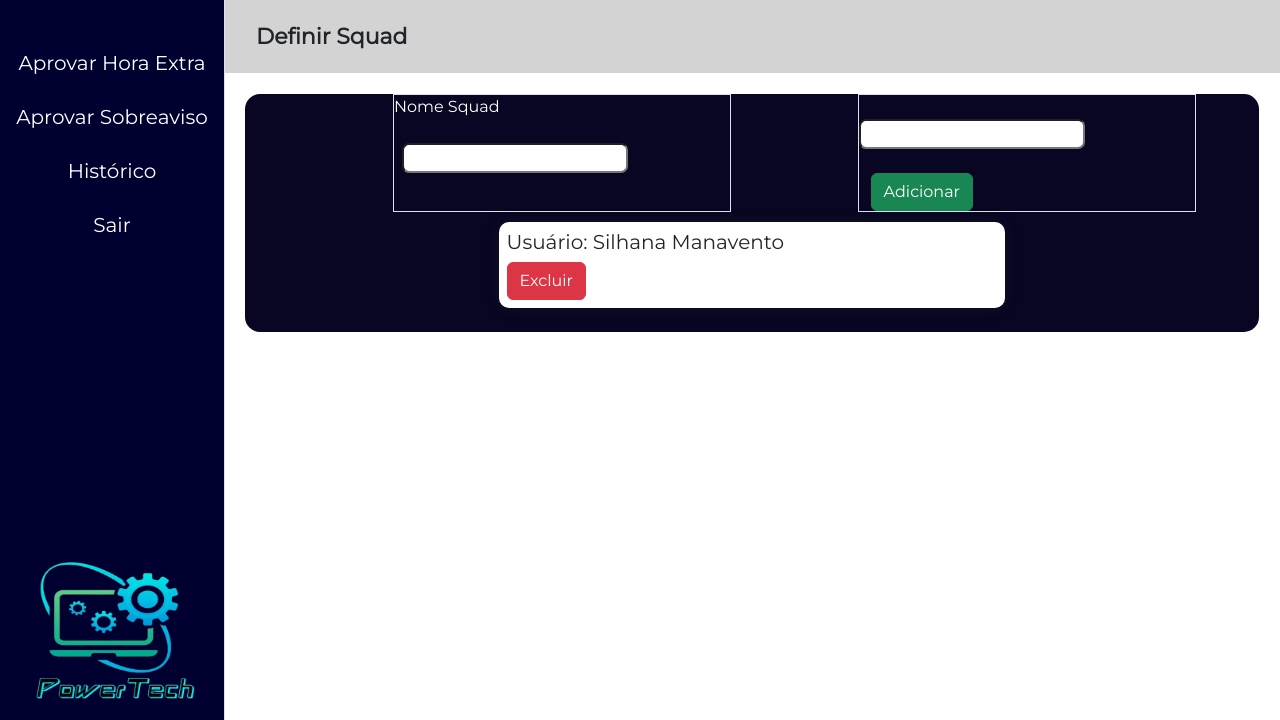
Repository: PowerTech-Fatec/API-2RP-NET
Page: /adm/squad (app in Sprint 3/2rp-web/)
The author's editor kept a copy of each file at every save. The page is drawn from the files as they stood at one save, then again after the next save.
The browser window is 1280 px wide. The pictures show the whole page.
The project was rebuilt for these pictures with package versions that can differ from the ones it lists, and the page was loaded fresh each time. Also part of the build but not shown: Sprint 3/2rp-web/src/pages/login/login.js, Sprint 3/2rp-web/src/pages/home/dashboard.js, Sprint 3/2rp-web/src/pages/home/sobreaviso/sobreaviso.css, Sprint 3/2rp-web/src/pages/home/sobreaviso/sobreaviso.js, Sprint 3/2rp-web/src/pages/home/hora-extra/hora-extra.css, Sprint 3/2rp-web/src/pages/home/hora-extra/hora-extra.js, Sprint 3/2rp-web/src/components/cards/Cards.js, Sprint 3/2rp-web/src/pages/home/gestor/aprovar-hora-extra/gestor.js and 3 more.

Above is the page before, as saved 2022-11-02 16:46:06.

### Sprint 3/2rp-web/src/index.js
import React from 'react';
import ReactDOM from 'react-dom/client';
import './index.css';
import App from './App';
import reportWebVitals from './reportWebVitals';
import { BrowserRouter } from 'react-router-dom';
import 'bootstrap/dist/css/bootstrap.min.css';
import 'bootstrap-icons/font/bootstrap-icons.css';

import Popper from '@popperjs/core';
import 'bootstrap/dist/js/bootstrap.bundle.min';

const root = ReactDOM.createRoot(document.getElementById('root'));
root.render(
  <BrowserRouter>
    <App />
  </BrowserRouter>
);

// If you want to start measuring performance in your app, pass a function
// to log results (for example: reportWebVitals(console.log))
// or send to an analytics endpoint. Learn more: https://bit.ly/CRA-vitals
reportWebVitals();

### Sprint 3/2rp-web/src/App.js
import React from 'react'
import './App.css';
import { Routes, Route } from 'react-router-dom'
import Login from './pages/login/login'
import Dashboard from './pages/home/dashboard'
import Sobreaviso from './pages/home/sobreaviso/sobreaviso'
import HoraExtra from './pages/home/hora-extra/hora-extra'
import Gestor from './pages/home/gestor/aprovar-hora-extra/gestor'
import GestorSobreaviso from './pages/home/gestor/aprovar-sobreaviso/gestor-sobreaviso'
import GestorHistorico from './pages/home/gestor/historico/gestor-historico'
import Squad from './pages/home/adm/squad/def-squad'

function App() {
  return (
    <Routes>
      <Route path='/login' element={<Login />} />
      <Route path='/dashboard' element={<Dashboard />} />
      <Route path='/horaextra' element={<HoraExtra />} />
      <Route path='/sobreaviso' element={<Sobreaviso />} />
      <Route path='/gestor' element={<Gestor />} />
      <Route path='/gestor-sobreaviso' element={<GestorSobreaviso />} />
      <Route path='/gestor-historico' element={<GestorHistorico />} />
      <Route path='/adm/squad' element={<Squad />} />
      <Route path='*' element={<Login />} />
    </Routes>

  );
}

export default App;

### Sprint 3/2rp-web/src/App.css
@font-face {
    font-family: 'Montserrat';
    src: url(./assets/fonts/Montserrat-Regular.ttf);
}

*{
    font-family: 'Montserrat';
}

.ml-1{margin-left: 0.25rem;}
.ml-2{margin-left: 0.5rem;}
.ml-3{margin-left: 0.75rem;}
.ml-4{margin-left: 1rem;}
.ml-5{margin-left: 1.25rem;}

### Sprint 3/2rp-web/src/pages/home/adm/squad/def-squad.js
import Sidebar from "../../../../components/sidebar"
import Header from "../../../../components/header/header";
import Card from "../../../../components/cards/Squad"
import './def-squad.css'

import React, { Component, useEffect, useState } from 'react';


function Squad() {
    return (
        <Sidebar>
          <Header nome="Definir Squad"></Header>

          {/* linha 1: solitações, filtro */}
          <div className="background d-flex flex-column aling-itens-center">

            <div>
            <div className="col-12 d-flex justify-content-around">
            <div className="col-4 offset-1 border">
            <span>
            <label className="font">Nome Squad</label> <input className="squad-name mt-4 mb-4 ml-2"></input>
            </span>
            </div>




            <div className="col-4 border">
            <span>
            <input className="squad-name mt-4 mb-4"></input><button type="button" class="btn btn-success ml-3">Adicionar</button>
            </span>
            </div>

            </div>


            {/* card info hora extra */}
            <div className="d-flex flex-column aling-itens-center">
            <Card
              Usuario = " Silhana Manavento"
            />

            </div>


            </div>

          </div>
        </Sidebar>
    )
}

export default Squad

### Sprint 3/2rp-web/src/pages/login/login.css
.login{
    background: #090d23
    ;
}
.fundo{
    background-color: #090d23;
    width: 300px;
    height: 50px;
    color: #fff;
}
.fundoback{
    background-color: #262d28;
}
.fundocolor{
    background-color: #090d23;
}
.background{
    background-color: #9A9696;
}
.height{
    height: 100vh;

}
.tpm{
    margin-top: 150px;
}
.input{
    width: 350px;
    height: 40px;
}
.marg{
    margin-top: 100px;
    margin-left: 180px;
}
.svg{
    margin-top: 3px;
}

### Sprint 3/2rp-web/src/components/sidebar.js
import { Drawer, useTheme } from '@mui/material'
import { Box } from '@mui/system'
import './Sidebar.css'
import { Link } from 'react-router-dom'

import React from 'react'

function Sidebar({ children }) {
    const theme = useTheme();




    return (
        <>

            <Drawer variant='permanent'>
                <Box width={theme.spacing(28)} height={theme.spacing(100)} className ='side-bar  '>
                     <div className='texto mt-5'>

                                {/* <Link to='/dashboard' className ='side-links mt-4'>
                                    Dashboard
                                </Link>
                                <Link to='/horaextra' className ='side-links mt-4'>
                                    Apontar Hora Extra
                                </Link>
                                <Link to='/sobreaviso' className ='side-links mt-4' >
                                    Apontar Sobreaviso
                                </Link> */}

                                {/* Associar a lista de link */}
                                {/* <Link to='/gestor-dashboard' className ='side-links mt-4' >
                                    Dashboard
                                </Link> */}
                                <Link to='/gestor' className ='side-links mt-4' >
                                        Aprovar Hora Extra
                                </Link>
                                <Link to='/gestor-sobreaviso' className ='side-links mt-4' >
                                    Aprovar Sobreaviso
                                </Link>
                                <Link to='/gestor-historico' className ='side-links mt-4' >
                                    Histórico
                                </Link>


                                <Link to='/login' className ='side-links mt-4' >
                                    Sair
                                </Link>

                    </div>
                    <div className='footer'>
                        <img src={require('../assets/powertech.png')} height='140px' width='160px' />
                    </div>
                </Box>
            </Drawer>

            <Box height="100vh" marginLeft={theme.spacing(28)}>
                {children}
            </Box>
        </>
    );
}

export default Sidebar

### Sprint 3/2rp-web/src/components/header/header.js
import './header.css'

import React from 'react'

function Header(props) {

    return (
        <>
            <div className='bg-title'>
                <span className='title'>{props.nome}</span>
            </div>
        </>
    );
}

export default Header

### Sprint 3/2rp-web/src/pages/home/gestor/aprovar-hora-extra/gestor.css
.background{
    margin-top: 2%;
    margin-left: 2%;
    margin-right: 2%;
    border-radius: 15px;

    background-color: #080622;
}

/* .filtro{
    width: 20%;
} */

/* /* .soli{
    margin-left: 15%;
} */

.filtroLabel{
    margin-left: 37%;
} */

.font{
    color: white;
}

### Sprint 3/2rp-web/src/pages/home/gestor/aprovar-sobreaviso/gestor-sobreaviso.css
.background{
    margin-top: 2%;
    margin-left: 2%;
    margin-right: 2%;
    border-radius: 15px;

    background-color: #080622;
}

.filtro{
    width: 20%;
}

.soli{
    margin-left: 15%;
}

.filtroLabel{
    margin-left: 37%;
}

.font{
    color: white;
}

### Sprint 3/2rp-web/src/pages/home/gestor/historico/gestor-historico.css
.background{
    margin-top: 2%;
    margin-left: 2%;
    margin-right: 2%;
    border-radius:   15px;

    background-color: #080622;
}

.filtro{
    width: 20%;
}

.soli{
    margin-left: 15%;
}

.filtroLabel{
    margin-left: 37%;
}

.font{
    color: white;
}

### Sprint 3/2rp-web/src/components/cards/Squad.js
import React from "react";
import './Squad.css'

function Card(props) {
    return(
        <div className="card-container mb-4 col-6 offset-3">
            <div className="card-content">

            <div className="card-title ml-2 mt-2">
                <span>
                <h5>Usuário: {props.Usuario}</h5>
                <button type="button" class="btn btn-danger mb-2">Excluir</button>
                </span>
            </div>

            </div>

        </div>
    )
}

export default Card

### Sprint 3/2rp-web/src/pages/home/adm/squad/def-squad.css
.background{
    margin-top: 2%;
    margin-left: 2%;
    margin-right: 2%;
    border-radius: 15px;

    background-color: #080622;
}

.filtro{
    width: 20%;
}

/* .soli{
    margin-left: 15%;
} */

/* .filtroLabel{
    margin-left: 37%;
} */

.font{
    color: white;
}

.squad-name{
    border-radius: 7px;
}

### Sprint 3/2rp-web/src/components/Sidebar.css
.side-links {
    color: #fff;
    text-decoration: none;
    font-size: 20px;
    display: flex;
    justify-content: center;
}

.side-bar {
    background-color: #000030;
}

.footer{
    margin-bottom: 20px;
    margin-left: 35px;
    position: absolute;
    bottom: 0;
}

### Sprint 3/2rp-web/src/components/header/header.css
.bg-title{
    background-color: lightgray;
    padding: 20px 0px;
}

.title{
    font-size: 22px;
    font-weight: bold;
    margin-left: 2rem;
}

### Sprint 3/2rp-web/src/components/cards/Cards.css
.card-container{
    width: 900px;
    overflow: hidden;
    box-shadow: 0px 0px 15px -5px;
    border-radius: 10px;
    /* margin-left: 15%; */
    margin-top: 10px;

    background-color: white;
}

### Sprint 3/2rp-web/src/components/cards/Squad.css
.card-container{
    width: 600px;
    overflow: hidden;
    box-shadow: 0px 0px 15px -5px;
    border-radius: 10px;
    /* margin-left: 15%; */
    margin-top: 10px;

    background-color: white;
}

Loaded but not shown: Sprint 3/2rp-web/public/index.html (common file); Sprint 3/2rp-web/src/index.css (common file); Sprint 3/2rp-web/src/reportWebVitals.js (common file)

After the next save:
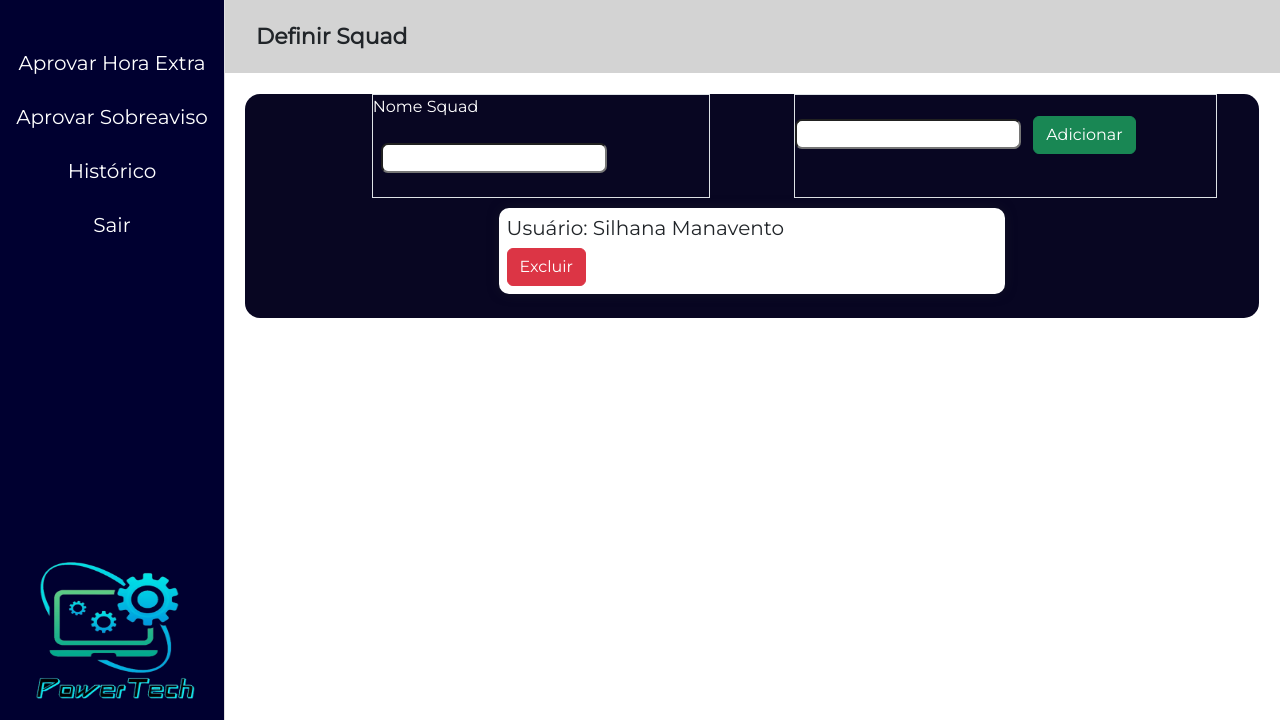
Saved 27 s later.
--- a/Sprint 3/2rp-web/src/pages/home/adm/squad/def-squad.js
+++ b/Sprint 3/2rp-web/src/pages/home/adm/squad/def-squad.js
@@ -25,7 +25,7 @@ function Squad() {
 
 
 
-            <div className="col-4 border">
+            <div className="col-5 border">
             <span>
             <input className="squad-name mt-4 mb-4"></input><button type="button" class="btn btn-success ml-3">Adicionar</button>
             </span>
